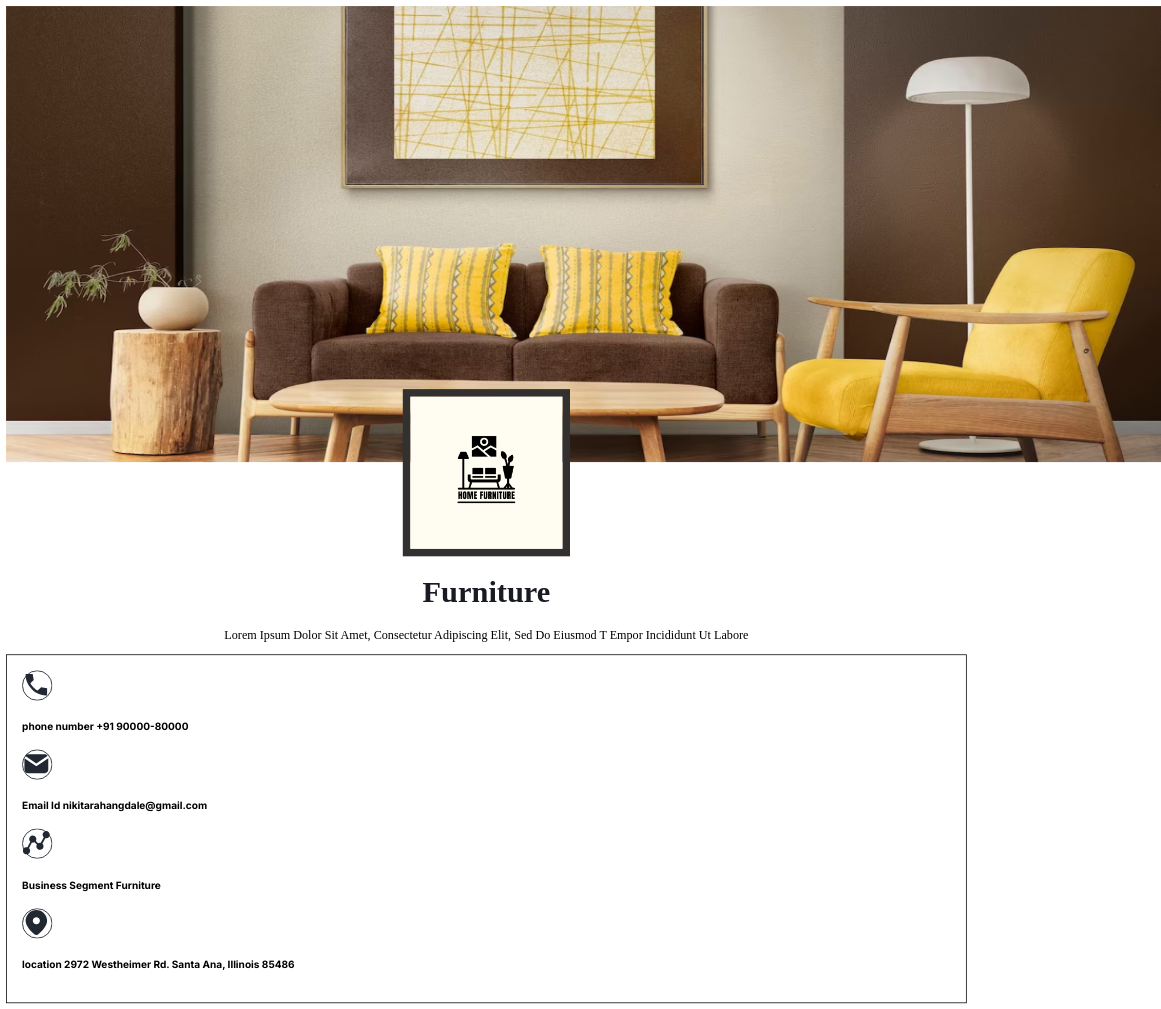
Repository: nikita120402/next13-deploy
Page: /
These files come from the project's save history. The page is drawn as it stood at one moment and after the next save; the edit follows.
The browser window is 1280 px wide. The page is 1528 px wide, so the pictures cover 1528 px, including what lies to the right of the window. The pictures show the whole page, at 76% of full size.
The project was rebuilt for these pictures with package versions that can differ from the ones it lists, and the page was loaded fresh each time. The framework's server and built-in components were replaced by stand-ins that run in the browser. Also part of the build but not shown: next.config.js.

Above is the page before, as saved 2023-08-02 16:04:33.

### src/app/page.tsx
import Image from 'next/image'
import styles from './Design.module.css'
export default function Page() {
  return (
  <div>
        <Image
      src="/../public/image/Rectangle 25.jpg"
      alt="Picture"
      width={1520}
      height={600}
          />
          <Image
          className={styles.icon}
          src="/../public/image/final logo.jpg"
          alt="Picture"
          width={200}
          height={200}
          />
          <h1>Furniture</h1>
          <p>Lorem ipsum dolor sit amet, consectetur adipiscing elit, sed do eiusmod t empor incididunt ut labore </p>
          <div className={styles.call}>
          <svg xmlns="http://www.w3.org/2000/svg" width="40" height="40" viewBox="0 0 69 69" fill="none">
  <circle cx="34.5" cy="34.5" r="33.5" fill="white" stroke="#222831" stroke-width="2"/>
  <svg xmlns="http://www.w3.org/2000/svg" width="65" height="65" viewBox="0 0 33 33" fill="none">
  <path d="M27.4313 28.875C24.5667 28.875 21.731 28.2563 18.9241 27.0187C16.1173 25.7812 13.5676 24.0167 11.275 21.725C8.98333 19.4333 7.21875 16.8896 5.98125 14.0938C4.74375 11.2979 4.125 8.45625 4.125 5.56875V4.125H12.2375L13.5094 11.0344L9.59062 14.9875C10.0948 15.8812 10.6562 16.7292 11.275 17.5312C11.8937 18.3333 12.5583 19.0781 13.2687 19.7656C13.9333 20.4302 14.6612 21.0664 15.4522 21.6741C16.2433 22.2819 17.0968 22.8488 18.0125 23.375L22 19.3875L28.875 20.7969V28.875H27.4313Z" fill="#222831"/>
</svg></svg> <h5>phone number +91 90000-80000</h5>

<svg xmlns="http://www.w3.org/2000/svg" width="40" height="40" viewBox="0 0 69 69" fill="none">
  <circle cx="34.5" cy="34.5" r="33.5" fill="white" stroke="#222831" stroke-width="2"/>
  <svg xmlns="http://www.w3.org/2000/svg" width="65" height="65" viewBox="0 0 33 33" fill="none">
  <g clip-path="url(#clip0_1_50)">
    <path d="M30.25 10.3606V23.375C30.2501 24.4271 29.8481 25.4396 29.1262 26.2051C28.4044 26.9706 27.4174 27.4314 26.367 27.4931L26.125 27.5H6.875C5.82284 27.5 4.81042 27.098 4.04489 26.3762C3.27937 25.6544 2.8186 24.6673 2.75688 23.617L2.75 23.375V10.3606L15.7369 19.019L15.8964 19.1097C16.0843 19.2016 16.2908 19.2493 16.5 19.2493C16.7092 19.2493 16.9157 19.2016 17.1036 19.1097L17.2631 19.019L30.25 10.3606Z" fill="#222831"/>
    <path d="M26.125 5.5C27.61 5.5 28.9121 6.28375 29.6381 7.46212L16.5 16.2209L3.36188 7.46212C3.70663 6.90218 4.1803 6.4328 4.74335 6.09315C5.30641 5.7535 5.94252 5.55343 6.59863 5.50962L6.875 5.5H26.125Z" fill="#222831"/>
  </g>
  <defs>
    <clipPath id="clip0_1_50">
      <rect width="33" height="33" fill="white"/>
    </clipPath>
  </defs>
</svg>
</svg> <h5>Email Id nikitarahangdale@gmail.com</h5>

<svg xmlns="http://www.w3.org/2000/svg" width="40" height="40" viewBox="0 0 69 69" fill="none">
  <circle cx="34.5" cy="34.5" r="33.5" fill="white" stroke="#222831" stroke-width="2"/>
  <svg xmlns="http://www.w3.org/2000/svg" width="65" height="65" viewBox="0 0 33 33" fill="none">
  <path d="M30.7622 10.1346C30.3794 10.5186 29.9246 10.8231 29.4237 11.0306C28.9228 11.2381 28.3859 11.3445 27.8437 11.3437C27.5119 11.3436 27.1813 11.3037 26.8589 11.2251L23.4261 17.6008C23.4648 17.6369 23.5035 17.673 23.5409 17.7104C24.0863 18.256 24.4678 18.9435 24.6421 19.6951C24.8163 20.4466 24.7764 21.2319 24.5267 21.9618C24.2771 22.6917 23.8277 23.337 23.2297 23.8244C22.6317 24.3118 21.9091 24.6217 21.1438 24.719C20.3785 24.8162 19.6013 24.6969 18.9004 24.3747C18.1995 24.0524 17.603 23.54 17.1787 22.8957C16.7544 22.2514 16.5192 21.5011 16.5 20.7298C16.4807 19.9586 16.6781 19.1975 17.0698 18.5328L14.4684 15.9315C13.8338 16.3044 13.111 16.5007 12.375 16.5C12.0428 16.5002 11.7117 16.4609 11.3889 16.3827L7.95609 22.7558C7.99476 22.7919 8.03472 22.828 8.0721 22.8654C8.6489 23.4423 9.04168 24.1773 9.20076 24.9775C9.35985 25.7776 9.27811 26.607 8.96587 27.3606C8.65363 28.1143 8.12492 28.7585 7.44658 29.2117C6.76825 29.665 5.97076 29.9069 5.15495 29.9069C4.33915 29.9069 3.54166 29.665 2.86333 29.2117C2.18499 28.7585 1.65628 28.1143 1.34404 27.3606C1.0318 26.607 0.950059 25.7776 1.10915 24.9775C1.26823 24.1773 1.66101 23.4423 2.23781 22.8654C2.7397 22.3637 3.36251 22 4.04606 21.8094C4.7296 21.6188 5.45075 21.6078 6.1398 21.7774L9.57257 15.4017C9.5339 15.3656 9.49523 15.3295 9.45785 15.2921C9.07471 14.9091 8.77077 14.4543 8.56342 13.9538C8.35606 13.4532 8.24933 12.9168 8.24933 12.375C8.24933 11.8332 8.35606 11.2967 8.56342 10.7962C8.77077 10.2957 9.07471 9.84089 9.45785 9.45783C10.1675 8.74616 11.1126 8.31805 12.1156 8.25393C13.1186 8.18981 14.1105 8.49408 14.905 9.10959C15.6995 9.72511 16.242 10.6095 16.4306 11.5967C16.6191 12.5839 16.4407 13.606 15.9289 14.471L18.5303 17.0723C19.4597 16.5277 20.5645 16.3659 21.6111 16.6212L25.0439 10.2455C25.0052 10.2094 24.9653 10.1733 24.9279 10.1359C24.5447 9.75283 24.2408 9.29805 24.0335 8.79752C23.8261 8.29699 23.7194 7.76051 23.7194 7.21873C23.7194 6.67695 23.8261 6.14048 24.0335 5.63995C24.2408 5.13942 24.5447 4.68464 24.9279 4.30158C25.7016 3.52791 26.7509 3.09326 27.845 3.09326C28.9392 3.09326 29.9885 3.52791 30.7622 4.30158C31.5359 5.07526 31.9705 6.12459 31.9705 7.21873C31.9705 8.31288 31.5359 9.36221 30.7622 10.1359V10.1346Z" fill="#222831"/>
</svg>
</svg> <h5>Business  Segment Furniture</h5>

<svg xmlns="http://www.w3.org/2000/svg" width="40" height="40" viewBox="0 0 69 69" fill="none">
  <circle cx="34.5" cy="34.5" r="33.5" fill="white" stroke="#222831" stroke-width="2"/>
  <svg xmlns="http://www.w3.org/2000/svg" width="65" height="65" viewBox="0 0 33 33" fill="none">
  <path d="M18.8843 29.997C22.4792 26.8331 28.875 20.3692 28.875 14.4375C28.875 11.1554 27.5712 8.00782 25.2504 5.68705C22.9297 3.36629 19.7821 2.0625 16.5 2.0625C13.2179 2.0625 10.0703 3.36629 7.74955 5.68705C5.42879 8.00782 4.125 11.1554 4.125 14.4375C4.125 20.3692 10.5187 26.8331 14.1157 29.997C14.7719 30.5826 15.6205 30.9063 16.5 30.9063C17.3795 30.9063 18.2281 30.5826 18.8843 29.997ZM12.375 14.4375C12.375 13.3435 12.8096 12.2943 13.5832 11.5207C14.3568 10.7471 15.406 10.3125 16.5 10.3125C17.594 10.3125 18.6432 10.7471 19.4168 11.5207C20.1904 12.2943 20.625 13.3435 20.625 14.4375C20.625 15.5315 20.1904 16.5807 19.4168 17.3543C18.6432 18.1279 17.594 18.5625 16.5 18.5625C15.406 18.5625 14.3568 18.1279 13.5832 17.3543C12.8096 16.5807 12.375 15.5315 12.375 14.4375Z" fill="#222831"/>
</svg>
</svg> <h5>location  2972 Westheimer Rd. Santa Ana, Illinois 85486 </h5>

</div>
  </div>
  )

}

### src/app/globals.css
Image{
  padding: 5px;
  text-align: center;
}

h1{
      text-align: center;
      color: #181b21;
font-family: Playfair Display;
font-size: 40px;
font-style: normal;
font-weight: 600;
line-height: 100%; /* 40px */
  text-transform: capitalize;
}
p{
      color: #000;
text-align: center;
font-family: Poppins;
font-size: 16px;
font-style: normal;
font-weight: 400;
line-height: 120%; /* 24px */
  text-transform: capitalize;
}

.icon{
    text-align: center;
    border-radius: 10px;
    background: #222831;
}

### src/app/Design.module.css
.icon{
    position: relative;
    border: solid 10px rgb(51, 48, 48);
    margin-left: auto;
    margin-right: auto;
    display: block;
    margin-top: -100px;
    z-index: +1;
}

.call{
    display: block;
    margin-left:auto;
    border: solid 1px black;
    padding: 20px;

}

Loaded but not shown: src/app/layout.tsx (common file)

After the next save:
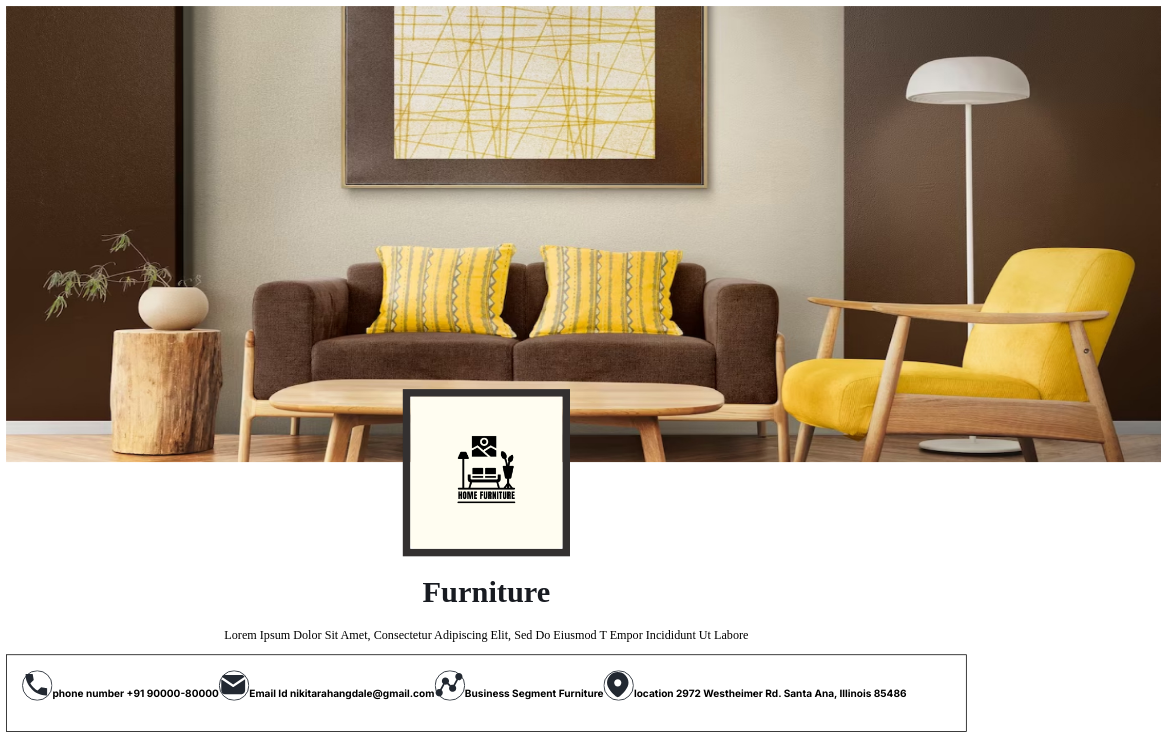
Saved 46 s later.
--- a/src/app/Design.module.css
+++ b/src/app/Design.module.css
@@ -9,9 +9,10 @@
 }
 
 .call{
-    display: block;
+    display: flex;
     margin-left:auto;
     border: solid 1px black;
     padding: 20px;
 
+
 }
